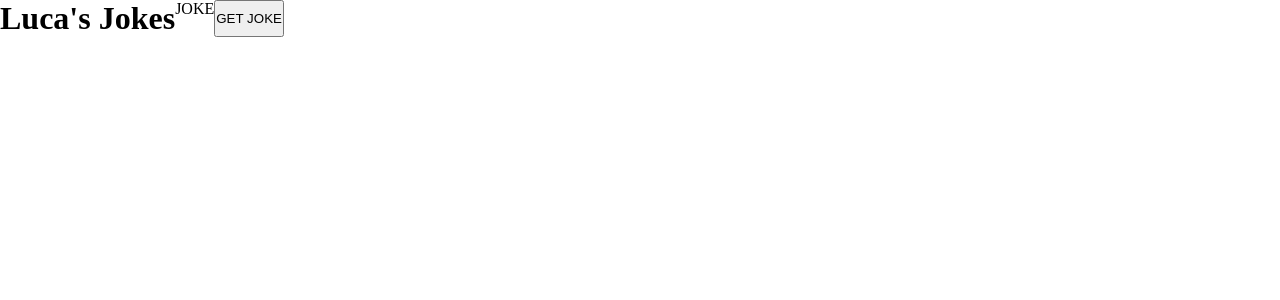
Repository: SerbanLuca/ChuckNorrisJokes-app
Page: /
An editor plug-in stored every save of this project. The page is shown before and after a run of saves, followed by the edit.
The browser window is 1280 px wide. The pictures show the whole page.
The project was rebuilt for these pictures with package versions that can differ from the ones it lists, and the page was loaded fresh each time.

Above is the page before, as saved 2021-04-07 13:40:06.

After the next 2 saves:
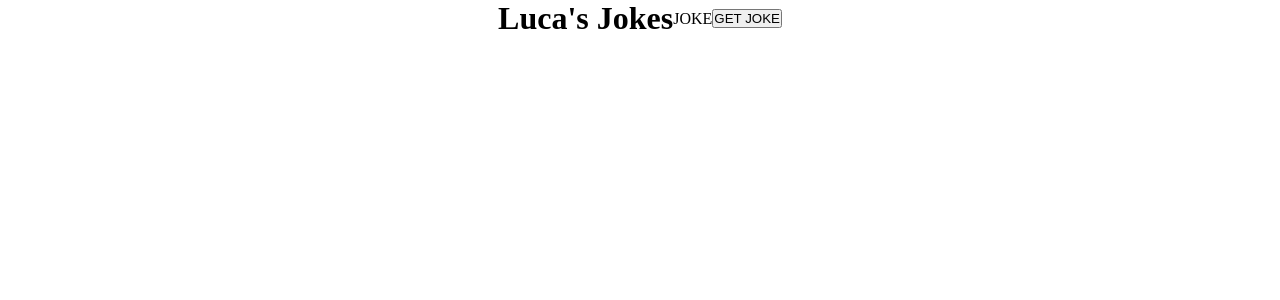
The 2 saves are shown as one change because they came seconds apart.
The last was saved 14 s later.
--- a/src/App.css
+++ b/src/App.css
@@ -8,5 +8,7 @@
 .container
 {
   display: flex;
-  align-items: ;
+  align-items: center;
+  justify-content: center;
+  min-he
 }
